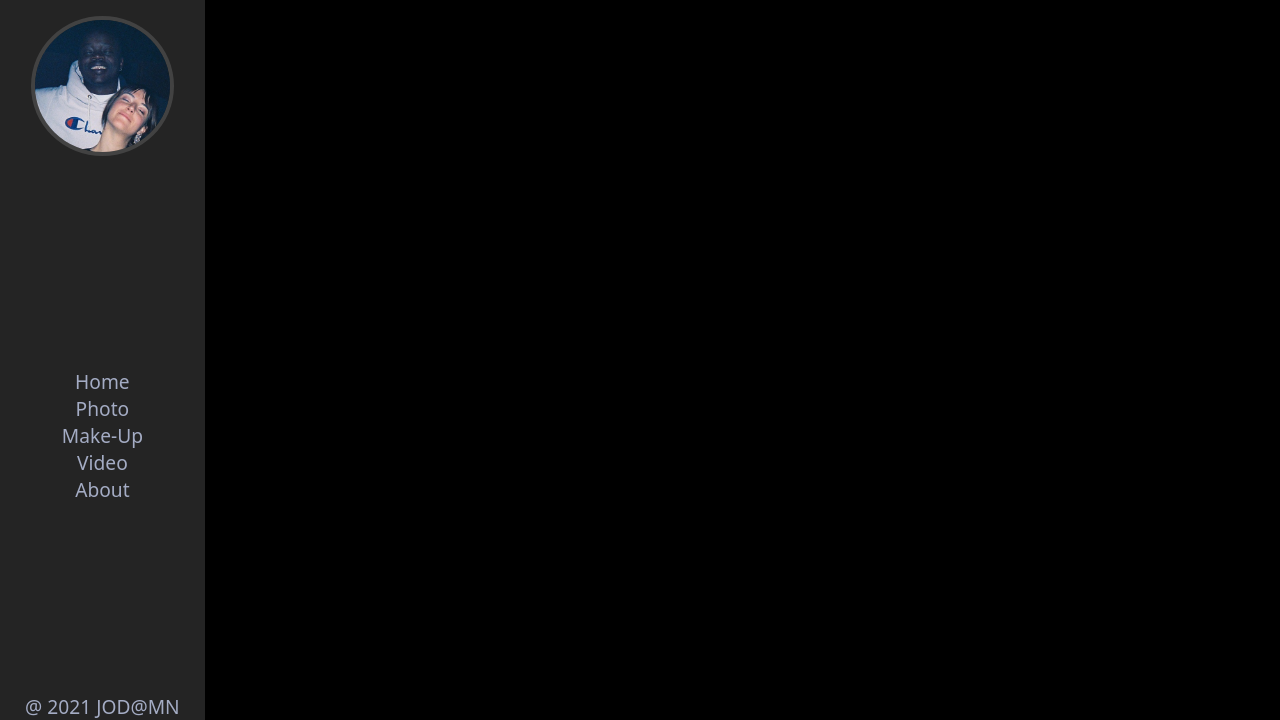
Repository: JordanKnuts/siriusRed
Page: /
The author's editor kept a copy of each file at every save. The page is drawn from the files as they stood at one save, then again after the next save.
The browser window is 1280 px wide. The pictures show the whole page.
The project was rebuilt for these pictures with package versions that can differ from the ones it lists, and the page was loaded fresh each time.

Above is the page before, as saved 2021-04-27 14:53:23.

After the next save:
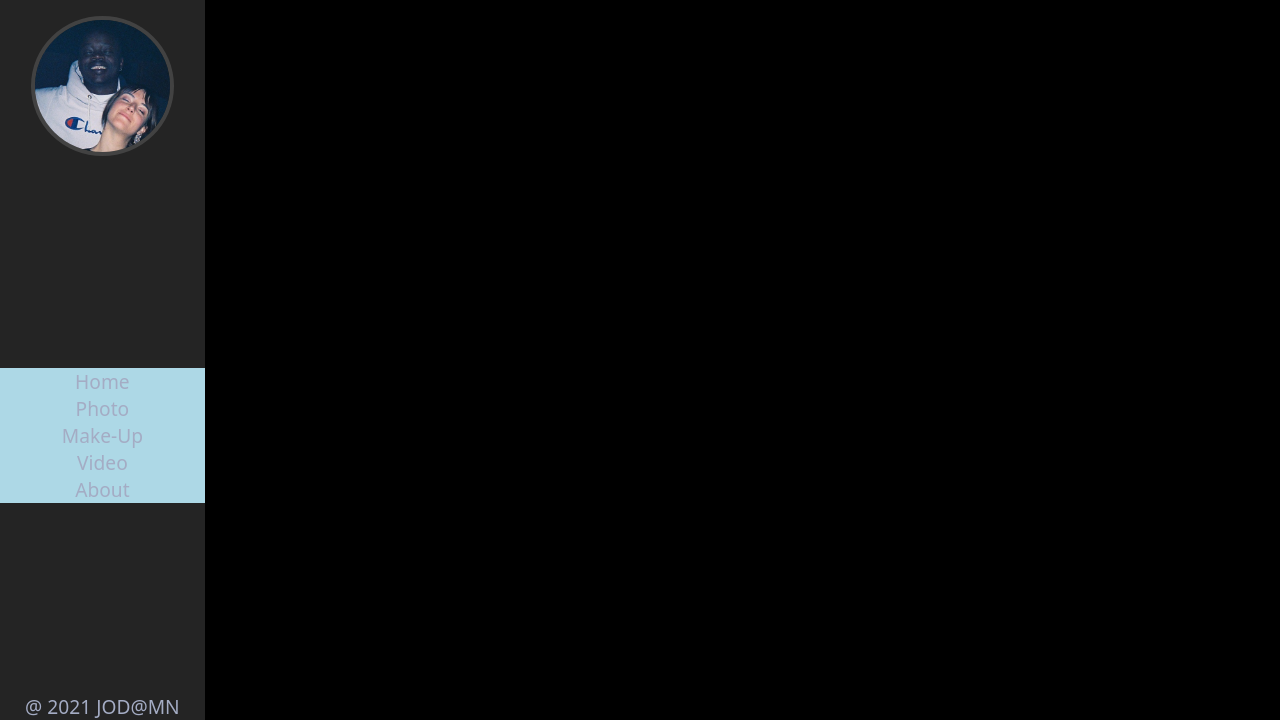
Saved 92 s later.
--- a/src/Styles/_navBar.scss
+++ b/src/Styles/_navBar.scss
@@ -36,8 +36,6 @@
             }
         }
 
-
-
         .footer{
             width: 100%;
             p{text-align: center;
@@ -45,5 +43,7 @@
             }
         }
     }
-
 }
+.active{
+    background-color: lightblue;
+}
